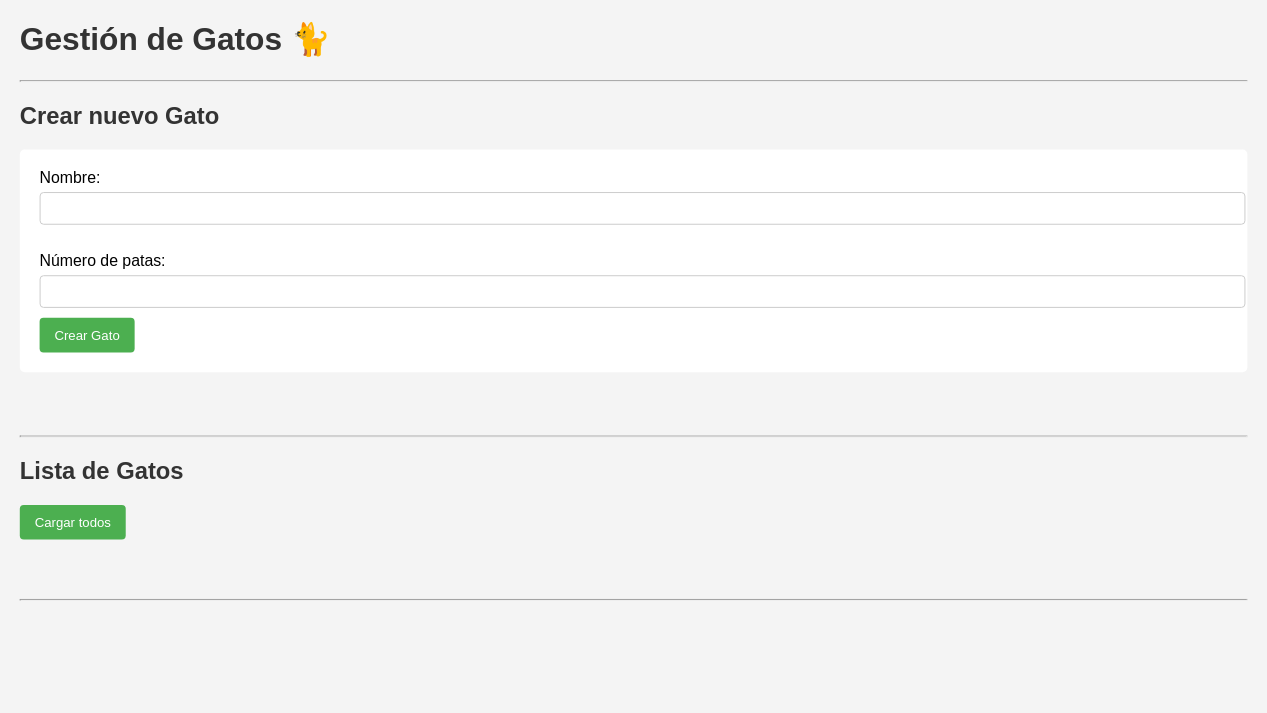
Repository: nicolasardila2002/animalesjpa
Page: animalesjpa/src/main/resources/static/index.html
An editor plug-in stored every save of this project. The page is shown before and after the next save, followed by the edit.
The browser window is 1280 px wide. The pictures show the whole page, at 99% of full size.

Above is the page before, as saved 2025-10-28 16:14:36.

### animalesjpa/src/main/resources/static/index.html
<!DOCTYPE html>
<html lang="en">
<head>
    <meta charset="UTF-8">
    <meta name="viewport" content="width=device-width, initial-scale=1.0">
    <title>Gestion de Gatos</title>
    <script src="main.js" defer></script>
    <link rel="stylesheet" href="main.css">
</head>
<body>
    <h1>Gestión de Gatos 🐈</h1>

    <hr>
    <section id="crear-gato">
        <h2>Crear nuevo Gato</h2>
        <form id="form-crear">
            <label for="nombre">Nombre:</label>
            <input type="text" name="nombre" id="nombre" required>
            <br><br>
            <label for="patas">Número de patas:</label>
            <input type="number" name="patas" id="patas">

            <button type="submit">Crear Gato</button>
        </form>
    </section>

    <br><br>

    <hr>

    <section id="lista-gatos">
        <h2>Lista de Gatos</h2>
        <button id="btn-cargar-gatos">Cargar todos</button>
        <ul id="gatos-list"></ul>
    </section>

    <br><br>
    <hr>
</body>
</html>

### animalesjpa/src/main/resources/static/main.js
const apiBase = "/gatos"

document.addEventListener('DOMContentLoaded', () => {
    document.getElementById("form-crear").addEventListener('submit', crearGato);
    document.getElementById("btn-cargar-gatos").addEventListener('click', cargarTodosLosGatos);
});

async function crearGato(event) {
    event.preventDefault();

    const nombre = document.getElementById('nombre').value;
    const npatas = document.getElementById('patas').value;
    const gato = {
        nombre,
        npatas: parseInt(npatas)
    };

    try {
        const url = apiBase + '/guardar'
        const response = await fetch(url, {
            method: 'POST',
            headers: { 'Content-type': 'application/json'},
            body: JSON.stringify(gato)
        });
        if (response.ok) {
            alert('Gato creado exitosamente');
            document.getElementById('form-crear').reset();
            cargarTodosLosGatos();
        } else {
            alert('Error creando gato');
        }
    } catch (error) {
        console.error('Error al crear un gato: ', error);
    }

}

async function cargarTodosLosGatos() {
    try {
        const response = await fetch(apiBase);
        const gatos = await response.json();
        mostrarGatos(gatos);
    } catch (error) {
        console.error("Error cargando gatos: ", error);
    }
}

function mostrarGatos(gatos) {
    const listGatos = document.getElementById('gatos-list');

    listGatos.innerHTML = '';
    gatos.forEach(gato => {
        const li = document.createElement('li');
        const nombre = gato.nombre;
        const npatas = gato.npatas;
        li.innerHTML = `
            <span>${nombre} tiene ${npatas} patas</span>
            <div>
                <button onclick="editarGato(${gato})">Editar</button>
                <button onclick="eliminarGato(${gato.id})">Eliminar</button>
            </div>
        `;

        listGatos.appendChild(li);

    });
}

### animalesjpa/src/main/resources/static/main.css
body {
    font-family: Arial, sans-serif;
    margin: 20px;
    background-color: #f4f4f4;
}

h1, h2 {
    color: #333;
}

form {
    background: white;
    padding: 20px;
    border-radius: 5px;
    margin-bottom: 20px;
}

label {
    display: block;
    margin-bottom: 5px;
}

input {
    width: 100%;
    padding: 8px;
    margin-bottom: 10px;
    border: 1px solid #ccc;
    border-radius: 4px;
}

button {
    background-color: #4CAF50;
    color: white;
    padding: 10px 15px;
    border: none;
    border-radius: 4px;
    cursor: pointer;
}

button:hover {
    background-color: #45a049;
}

ul {
    list-style-type: none;
    padding: 0;
}

li {
    background: white;
    margin: 10px 0;
    padding: 10px;
    border-radius: 5px;
    display: flex;
    justify-content: space-between;
    align-items: center;
}

li button {
    margin-left: 10px;
}

After the next save:
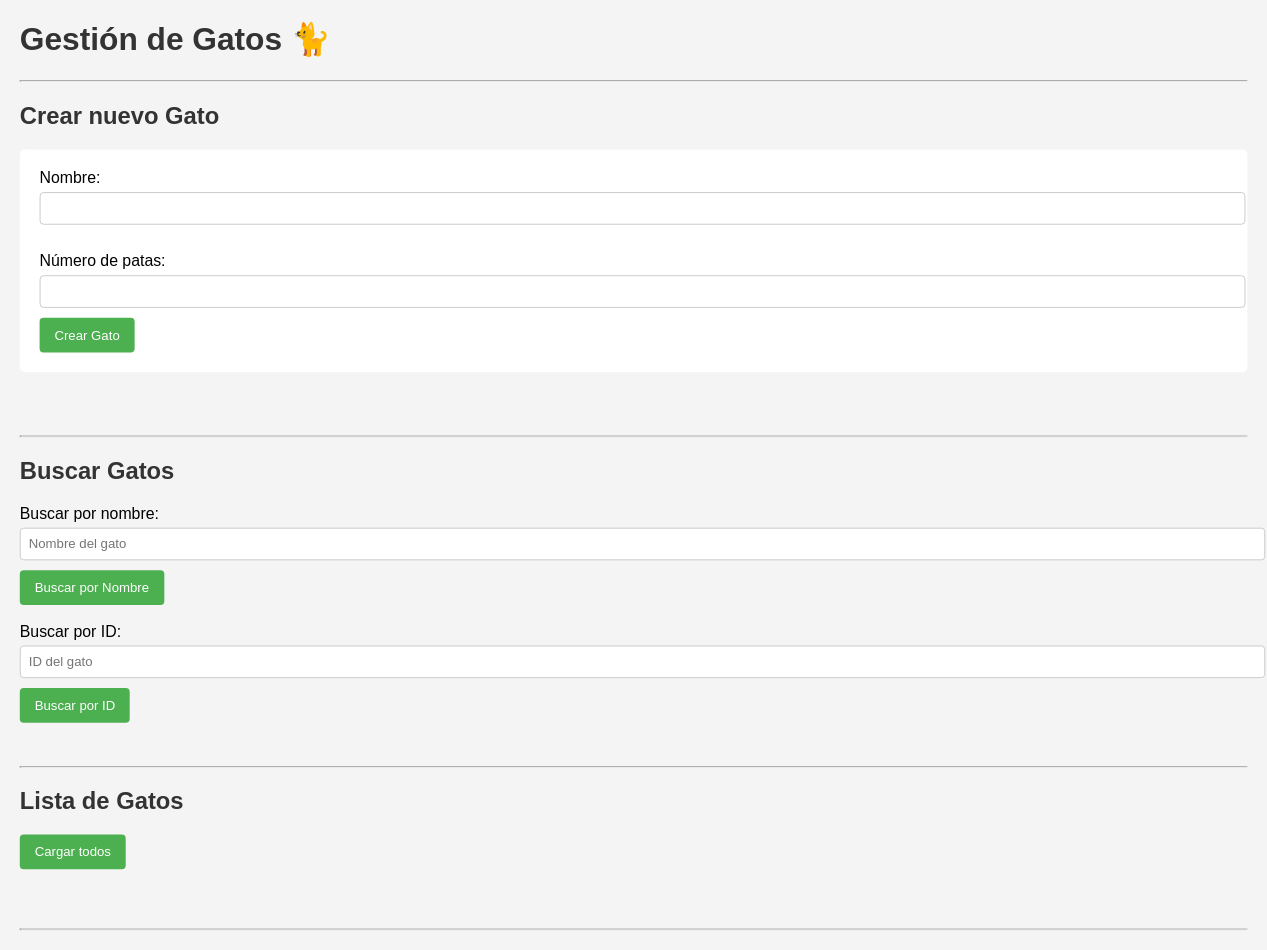
Saved 4 h 20 min later.
--- a/animalesjpa/src/main/resources/static/index.html
+++ b/animalesjpa/src/main/resources/static/index.html
@@ -1,5 +1,5 @@
 <!DOCTYPE html>
-<html lang="en">
+<html lang="es">
 <head>
     <meta charset="UTF-8">
     <meta name="viewport" content="width=device-width, initial-scale=1.0">
@@ -28,6 +28,24 @@
 
     <hr>
 
+    <section id="buscar-gatos">
+        <h2>Buscar Gatos</h2>
+
+        <label for="buscar-nombre">Buscar por nombre:</label>
+        <input type="text" id="buscar-nombre" placeholder="Nombre del gato">
+        <button id="btn-buscar-nombre">Buscar por Nombre</button>
+
+        <br><br>
+
+        <label for="buscar-id">Buscar por ID:</label>
+        <input type="number" id="buscar-id" placeholder="ID del gato">
+        <button id="btn-buscar-id">Buscar por ID</button>
+    </section>
+
+    <br><br>
+
+    <hr>
+
     <section id="lista-gatos">
         <h2>Lista de Gatos</h2>
         <button id="btn-cargar-gatos">Cargar todos</button>
